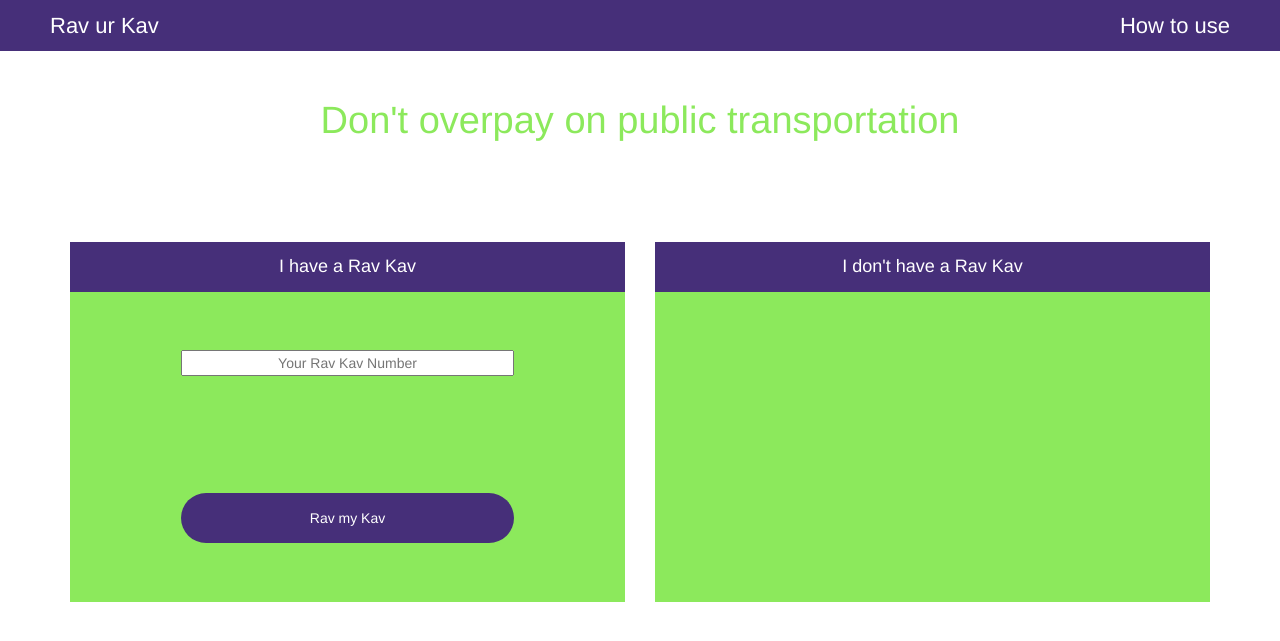
Repository: Louhla/Rav-ur-Kav
Page: index.html
These files come from the project's save history. The page is drawn as it stood at one moment and after a run of saves; the edit follows.
The browser window is 1280 px wide. The pictures show the whole page.

Above is the page before, as saved 2019-07-17 15:00:38.

After the next 2 saves:
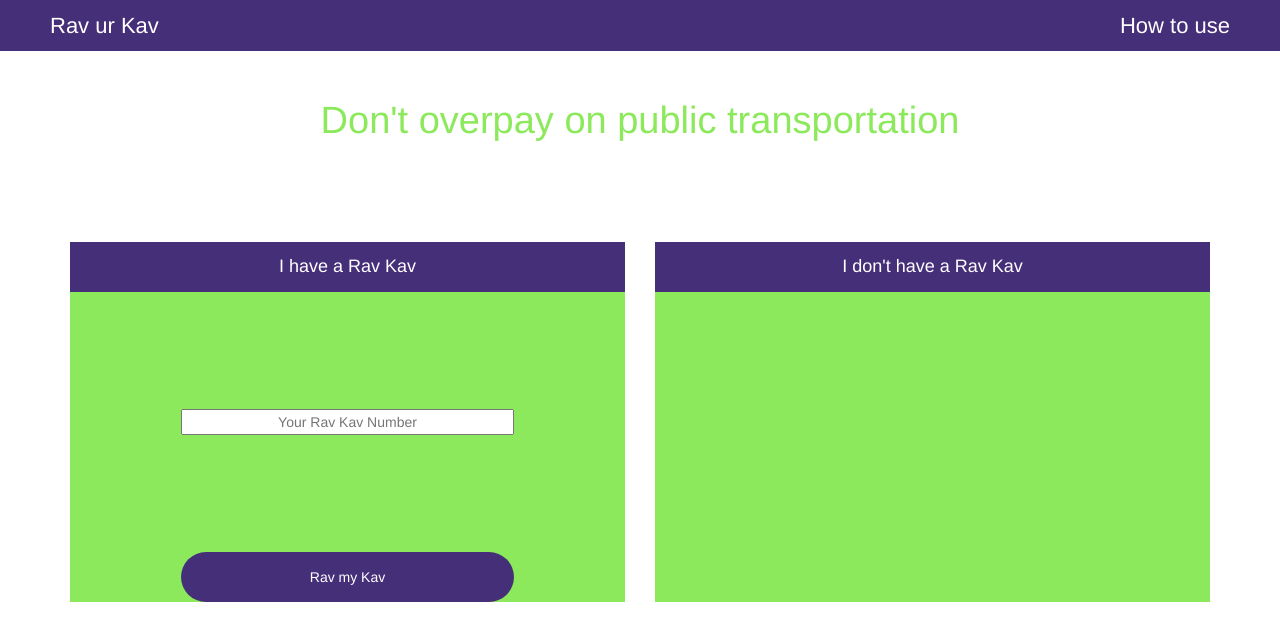
The 2 saves are shown as one change because they came seconds apart.
The last was saved 5 s later.
--- a/index.html
+++ b/index.html
@@ -31,7 +31,7 @@
                 <div class="existing-user">
                     <h4>I have a Rav Kav</h4>
                         <input id="rav-kav-number" type=text placeholder="Your Rav Kav Number"></input>
-                        <a></a><button id="rav-kav-number-button">Rav my Kav</button>
+                        <a><button id="rav-kav-number-button">Rav my Kav</button></a>
                 </div>
             </div>
             <div class="col-md-6">
